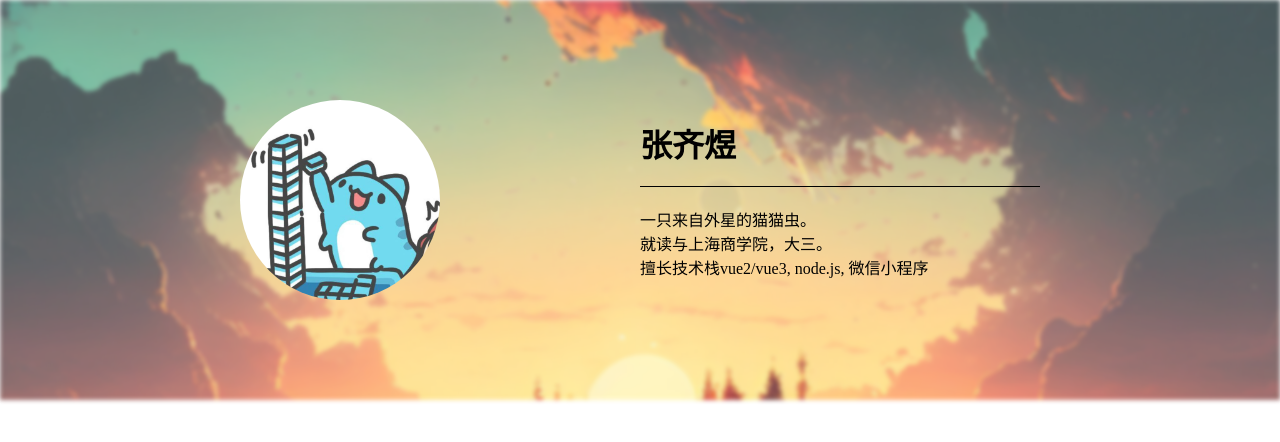
Repository: TheBiggestFatCat/myblog-frontend
Page: /
An editor plug-in stored every save of this project. The page is shown before and after the next save, followed by the edit.
The browser window is 1280 px wide. The pictures show the whole page.
The project was rebuilt for these pictures with package versions that can differ from the ones it lists, and the page was loaded fresh each time. Also part of the build but not shown: vite.config.ts.

Above is the page before, as saved 2023-02-26 09:28:45.

### src/style.css
* {
  margin: 0;
  padding: 0;
}

/* :root {
  font-family: Inter, system-ui, Avenir, Helvetica, Arial, sans-serif;
  line-height: 1.5;
  font-weight: 400;

  color-scheme: light dark;
  color: rgba(255, 255, 255, 0.87);
  background-color: #242424;

  font-synthesis: none;
  text-rendering: optimizeLegibility;
  -webkit-font-smoothing: antialiased;
  -moz-osx-font-smoothing: grayscale;
  -webkit-text-size-adjust: 100%;
}

a {
  font-weight: 500;
  color: #646cff;
  text-decoration: inherit;
}
a:hover {
  color: #535bf2;
}

body {
  margin: 0;
  display: flex;
  place-items: center;
  min-width: 320px;
  min-height: 100vh;
}

h1 {
  font-size: 3.2em;
  line-height: 1.1;
}

button {
  border-radius: 8px;
  border: 1px solid transparent;
  padding: 0.6em 1.2em;
  font-size: 1em;
  font-weight: 500;
  font-family: inherit;
  background-color: #1a1a1a;
  cursor: pointer;
  transition: border-color 0.25s;
}
button:hover {
  border-color: #646cff;
}
button:focus,
button:focus-visible {
  outline: 4px auto -webkit-focus-ring-color;
}

.card {
  padding: 2em;
}

#app {
  max-width: 1280px;
  margin: 0 auto;
  padding: 2rem;
  text-align: center;
}

@media (prefers-color-scheme: light) {
  :root {
    color: #213547;
    background-color: #ffffff;
  }
  a:hover {
    color: #747bff;
  }
  button {
    background-color: #f9f9f9;
  }
} */

### src/App.vue
<script setup lang="ts">
import Home from './components/Home/Home.vue';
</script>

<template>
  <Home/>
</template>

<style scoped>
</style>

### src/components/Home/Home.vue
<template>
  <div class="home">
    <div class="home-top">
      <div class="avatar">
        <img :src="avatar" alt="Image">
      </div>
      <div class="avatar-right">
        <h2>{{ name }}</h2>
        <div class="border"></div>
        <p v-for="i in introduction" :key="i">{{ i }}</p>
      </div>
    </div>
  </div>
</template>

<script lang='ts' setup>
import { ref } from 'vue'

const avatar = ref('src/assets/pics/avatar.jpg')
const name = '张齐煜'
const introduction = [
  '一只来自外星的猫猫虫。',
  '就读与上海商学院，大三。',
  '擅长技术栈vue2/vue3, node.js, 微信小程序'
]

</script>

<style lang="less" scoped>
.home-top {
  width: 100vwpx;
  height: 400px;
  align-items: center;
  display: flex;
  flex-flow: row nowrap;
  justify-content: center;
  .avatar {
    width: 300px;
    height: 200px;
    padding-right: 100px;
    img {
      width: 200px;
      height: 200px;
      border-radius: 50%;
    }
  }
  .avatar-right {
    width: 400px;
    height: 160px;
    color: #000;
    h2 {
      font-size: 32px;
    }
    .border {
      margin: 20px 0 20px 0;
      width: 100%;
      border-top: 1px solid #000;
    }
  }
}

.home-top::before {
  content: "";
  position: absolute;
  top: 0;
  left: 0;
  width: 100vw;
  height: 400px;
  // width: 100%;
  // height: 100%;
  background-image: url(@/assets/pics/home1.jpg);
  background-position: 0 -100px;
  background-size: cover;
  filter: blur(2px); /* 设置模糊半径 */
  opacity: 0.85; /* 设置不透明度 */
  z-index: -1; /* 将遮罩层放在最底层 */
}
</style>

Loaded but not shown: index.html (common file); src/main.ts (common file)

After the next save:
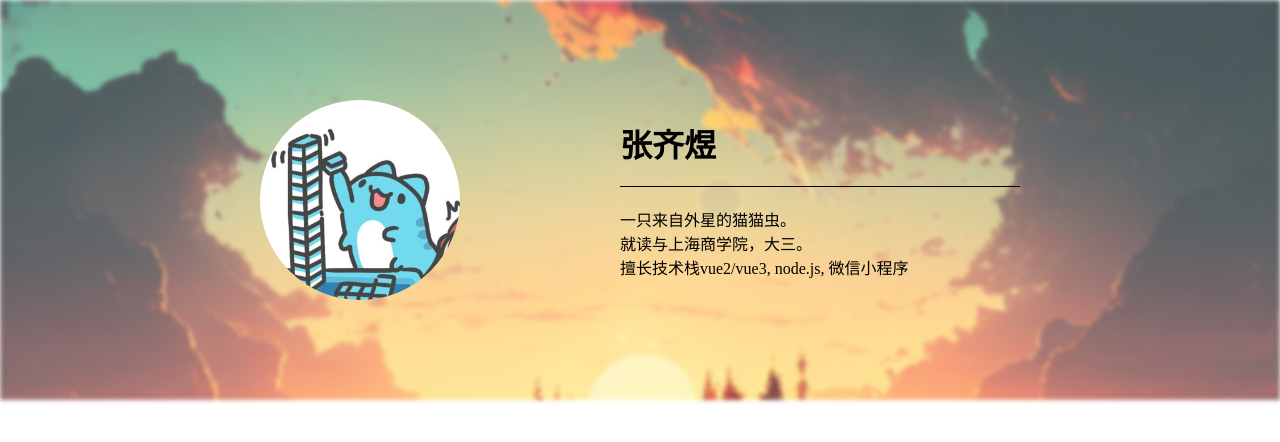
Saved 31 s later.
--- a/src/components/Home/Home.vue
+++ b/src/components/Home/Home.vue
@@ -37,7 +37,7 @@ const introduction = [
   .avatar {
     width: 300px;
     height: 200px;
-    padding-right: 100px;
+    padding-right: 60px;
     img {
       width: 200px;
       height: 200px;
